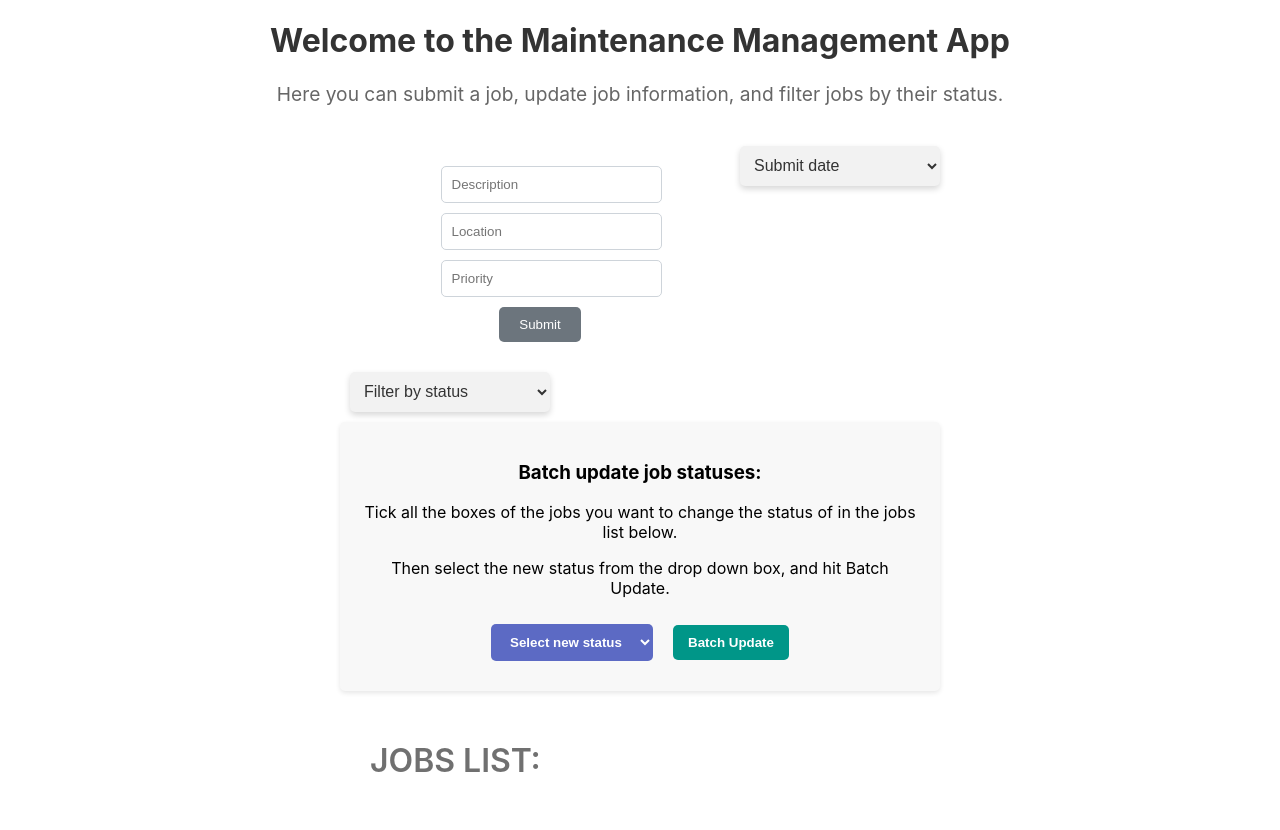
Repository: mikasteyn999/Maintenance-Manager-App
Page: / (app in frontend/)
An editor plug-in stored every save of this project. The page is shown before and after the next save, followed by the edit.
The browser window is 1280 px wide. The pictures show the whole page.
The page's requests for data from a server got no answer. The project was rebuilt for these pictures with package versions that can differ from the ones it lists, and the page was loaded fresh each time. No one was signed in, and anything a server would have sent is missing. Also part of the build but not shown: frontend/src/style/Job.css, frontend/src/components/Job.js, frontend/src/style/JobUpdateForm.css, frontend/src/components/JobUpdateForm.js.

Above is the page before, as saved 2023-06-05 17:42:19.

### frontend/src/App.js
// Import necessary libraries and components
import React from 'react';
import Router from './Router';
import './style/App.css'

// Define the App component
// This component uses the Router component to handle routing
const App = () => {
  return (
    <div className="app">
      <h1 className="app-title">Welcome to the Maintenance Management App</h1> {/* Welcome title */}
      <p className="app-instructions">Here you can submit a job, update job information, and filter jobs by their status.</p> {/* Instructions */}
      <Router /> {/* Use Router component for handling routes */}
    </div>
  );
}

// Export the App component
export default App;

### frontend/src/Router.js
// Import necessary libraries and components
import React from 'react';
import { BrowserRouter as Router, Route, Routes } from 'react-router-dom';
import Home from './components/Home';
import JobForm from './components/JobForm';
import JobsList from './components/JobsList';
import JobUpdateForm from './components/JobUpdateForm'

// Define the Router component
// This component defines the routes for the React app
// The Home component (which contains both the JobForm and JobsList components) is displayed when the path is exactly "/"
// The JobForm component is displayed when the path is "/submit"
// The JobsList component is displayed when the path is "/jobs"
const AppRouter = () => {
    return (
        <Router>
            <Routes>
                <Route path="/" element={<Home />} /> {/* Home route */}
                <Route path="/submit" element={<JobForm />} /> {/* Job submission route */}
                <Route path="/jobs" element={<JobsList />} /> {/* Jobs listing route */}
                <Route path="/edit/:id" element={<JobUpdateForm />} />
            </Routes>
        </Router>
    );
};

// Export the Router component
export default AppRouter;

### frontend/src/style/App.css
/* App.css */

.app {
  text-align: center;
}

.app-title {
  font-size: 2em;
  color: #333;
  text-align: center;
}

.app-instructions {
  font-size: 1.2em;
  color: #666;
  margin-bottom: 20px;
  text-align: center;
}

/* style the form container */
.app .job-form {
  max-width: 600px;  /* limit the width */
  margin: 0 auto;   /* center the form */
  padding: 20px;    /* add some padding */
}

/* style the jobs list container */
.app .jobs-list {
  max-width: 600px;  /* limit the width */
  margin: 0 auto;   /* center the jobs list */
  padding: 20px;    /* add some padding */
}

.app .jobs-list .batch-update {
  max-width: 800px;
}

### frontend/src/components/Home.js
// Import necessary components
import React from 'react';
import JobsList from './JobsList';

// Define the Home component
// This component contains the job submission form and job listings
const Home = () => {
  return (
    <div className="home">
      <JobsList /> {/* Job listings */}
    </div>
  );
}

// Export the Home component
export default Home;

### frontend/src/components/JobForm.js
// Import React
import React, { useState } from 'react';
import '../style/JobForm.css'; // Import the CSS

// Define the JobForm component. This component will contain a form that allows users to submit a new job.
// The component has a local state, job, which is updated every time the user types in one of the form inputs.
// The handleChange function updates the job state.
// The handleSubmit function makes a POST request to the /jobs route to submit the new job.
const JobForm = (props) => {
  const [job, setJob] = useState({ description: '', location: '', priority: '' });

  // Adding new state variable for error message.
  const [error, setError] = useState('');

  const handleChange = (e) => {
    setJob({ ...job, [e.target.name]: e.target.value });
  };

  const handleSubmit = async (e) => {
    e.preventDefault();

    // Adding form validation. Check that all fields are filled and priority is a number.
    if (!job.description || !job.location || !job.priority) {
      setError('Please fill in all fields'); // Set error message
      return; // Stop the function
    }
    if (isNaN(job.priority)) {
      setError('Priority must be a number'); // Set error message
      return; // Stop the function
    }

    try {
      const response = await fetch('http://localhost:5000/api/jobs', {
        method: 'POST',
        headers: {
          'Content-Type': 'application/json',
        },
        body: JSON.stringify(job),
      });
      if (!response.ok) {
        throw new Error(`HTTP error! status: ${response.status}`);
      }
      const newJob = await response.json();
      console.log("New Job:", newJob);  // log new job
      props.addNewJob(newJob); // add the new job to the jobs list
      setError(''); // Clear the error message if the job was successfully added
    } catch (err) {
      setError('An error occurred when submitting the job'); // Set error message
    }
  };

  // In the return statement, a new paragraph is added to display any error messages
  return (
    <form className="job-form" onSubmit={handleSubmit}>
      {error && <p className="error">{error}</p>} {/* Display error message if there is one */}
      <input type="text" name="description" value={job.description} onChange={handleChange} placeholder="Description" />
      <input type="text" name="location" value={job.location} onChange={handleChange} placeholder="Location" />
      <input type="text" name="priority" value={job.priority} onChange={handleChange} placeholder="Priority" />
      <button type="submit">Submit</button>
    </form>
  );
};

export default JobForm;

### frontend/src/components/JobsList.js
// Import necessary modules
import React, { useEffect, useState } from 'react';
import Job from './Job';
import JobForm from './JobForm';
import '../style/JobsList.css';

// Define the JobsList component
const JobsList = () => {
  // Initialize state variables
  const [jobs, setJobs] = useState([]);
  const [sortOrder, setSortOrder] = useState("date"); // Default sort order is by date
  const [selectedJobs, setSelectedJobs] = useState([]);
  const [filterStatus, setFilterStatus] = useState("");
  const [jobAdded, setJobAdded] = useState(false);
  const [errorMessage, setErrorMessage] = useState(''); // Add state for error message
  const [batchUpdateMessage, setBatchUpdateMessage] = useState(''); // State for batch success message



   // Fetch jobs function
   const fetchJobs = async () => {
    let url = `http://localhost:5000/api/jobs?sort=${sortOrder}`;
    if (filterStatus) url += `&status=${filterStatus}`; // Add status query parameter if a status filter is selected
    const response = await fetch(url);
    const data = await response.json();
    setJobs(data.filter(job => job.status !== 'Archived')); // Filter out archived jobs
  };

  // Fetch jobs when the component is first rendered and when sortOrder or filterStatus changes
  useEffect(() => {
    fetchJobs();
  }, [sortOrder, filterStatus]);

  // Hide job added message after 2 seconds when a job is added
  useEffect(() => {
    if (jobAdded) {
      setTimeout(() => {
        setJobAdded(false);
      }, 2000); // 2000ms = 2s
    }
  }, [jobAdded]);

  // Update sort order
  const handleSortChange = (event) => {
    setSortOrder(event.target.value);
  };

    // Batch update function
    const handleBatchUpdate = async () => {
      const status = document.getElementById('batchStatusUpdate').value;
      if (!status) {
        console.error('No status selected for batch update');
        setErrorMessage('Please select a status for batch update');
        return;
      }
      if (selectedJobs.length === 0) {
        console.error('No jobs selected for batch update');
        setErrorMessage('Please select at least one job for batch update');
        return;
      }
      try {
        const response = await fetch('http://localhost:5000/api/jobs/batch', {
            method: 'PUT',
            headers: {
                'Content-Type': 'application/json',
            },
            body: JSON.stringify({ jobIds: selectedJobs, status }),
        });

        if (response.ok) {
          console.log('Batch update successful');
          setBatchUpdateMessage('Batch update successful!');
          setTimeout(() => setBatchUpdateMessage(''), 3000); // Clear message after 3 seconds
          setSelectedJobs([]); // Clear selected jobs after successful update
          setErrorMessage(''); // Clear the error message after successful update
          // fetch the jobs again
          fetchJobs();
        } else {
          console.error('Failed to batch update jobs');
          setErrorMessage('Failed to batch update jobs');
          setTimeout(() => setBatchUpdateMessage(''), 3000); // Clear message after 3 seconds
        }
      } catch (error) {
        console.error(`An error occurred: ${error}`);
      }
    };

    // Function to handle archive
    const handleArchive = async (jobId) => {
      try {
        const response = await fetch(`http://localhost:5000/api/jobs/archive/${jobId}`, {
          method: 'PUT',
        });

        if (!response.ok) {
          console.error('Failed to archive job');
        } else {
          setJobs(jobs.filter(job => job._id !== jobId)); // Remove the archived job from the local state
        }
      } catch (error) {
        console.error(`An error occurred: ${error}`);
      }
    };

    // Pass handleArchive as a prop to the Job component
    {jobs.map((job) => (
      <Job key={job._id} job={job} handleArchive={handleArchive} selectedJobs={selectedJobs} setSelectedJobs={setSelectedJobs} />
    ))}

    const addNewJob = (newJob) => {
      console.log("addNewJob called with:", newJob);  // log input to addNewJob
      setJobs([newJob, ...jobs]);
      setJobAdded(true); // Display job added message
    };


    return (
      <div className='jobs-list'>

        {/* Display job added message */}
        {jobAdded && <p className='success-message'>Job added successfully!</p>}

        {/* Add JobForm here */}
        <JobForm addNewJob={addNewJob} />

        {/* Add sort order dropdown */}
        <select className='select-sort' value={sortOrder} onChange={handleSortChange}>
          <option value="">Sort by</option>
          <option value="date">Submit date</option>
          <option value="status">Status</option>
        </select>

        {/* Add status filter dropdown */}
        <select className='select-filter' value={filterStatus} onChange={(e) => setFilterStatus(e.target.value)}>
          <option value="">Filter by status</option>
          <option value="Submitted">Submitted</option>
          <option value="In Progress">In Progress</option>
          <option value="Completed">Completed</option>
        </select>

        {/* Batch update */}
        <div className='batch-update'>
          <h3>Batch update job statuses:</h3>
          <p>Tick all the boxes of the jobs you want to change the status of in the jobs list below.</p>
          <p>Then select the new status from the drop down box, and hit Batch Update.</p>
          <select id="batchStatusUpdate" name="batchStatusUpdate">
            <option value="">Select new status</option>
            <option value="Submitted">Submitted</option>
            <option value="In Progress">In Progress</option>
            <option value="Completed">Completed</option>
          </select>
          <button onClick={handleBatchUpdate}>Batch Update</button>
        </div>

        {/* Display success message */}
        {batchUpdateMessage && <p className="success-message">{batchUpdateMessage}</p>}

        {/* Display error message if there is one */}
        {errorMessage && <p className="error-message">{errorMessage}</p>}

        <div className='jobs-header'>JOBS LIST:</div>

        {/* List the jobs */}
        {jobs.map((job) => (
          <Job key={job._id} job={job} handleArchive={handleArchive} selectedJobs={selectedJobs} setSelectedJobs={setSelectedJobs} />
        ))}
      </div>
    );
};

export default JobsList;

### frontend/src/style/JobForm.css
.job-form {
    margin-bottom: 20px;
}

.job-form input {
    display: block;
    width: 100%;
    padding: 10px;
    margin-bottom: 10px;
    border: 1px solid #ced4da;
    border-radius: 5px;
}

.job-form button {
    padding: 10px 20px;
    border: none;
    border-radius: 5px;
    background-color: #6c757d;
    color: #fff;
    cursor: pointer;
}

### frontend/src/style/JobsList.css
.jobs-list {
    display: flex;
    flex-wrap: wrap;
    justify-content: space-between;
}

.jobs-header {
    font-size: xx-large;
    padding: 5%;
    font-weight: 600;
    color: rgb(112, 112, 112);
}

/* Style the select element */
.select-sort {
    width: 200px;
    height: 40px;
    border: none;
    border-radius: 5px;
    padding: 5px 10px;
    margin-bottom: 20px;
    box-shadow: 0 3px 6px 0 rgba(0,0,0,0.16);
    font-size: 16px;
    color: #333;
    background-color: #f2f2f2;
    transition: background-color 0.3s ease;
}

/* Style the options inside the select element */
.select-sort option {
    color: #333;
    background-color: #f2f2f2;
}

/* Change the background color of the select when it's focused */
.select-sort:focus {
    background-color: #e6e6e6;
}

.batch-update {
    max-width: 800px;
    align-items: center;
    justify-content: space-between;
    padding: 20px;
    margin-bottom: 20px;
    background-color: #f8f8f8;
    border-radius: 5px;
    box-shadow: 0 2px 5px rgba(0,0,0,0.1);
}

.batch-update select,
.batch-update button {
    padding: 10px 15px;
    border: none;
    border-radius: 5px;
    background-color: #5c6ac4;
    color: white;
    font-weight: bold;
    cursor: pointer;
    margin: 10px;
}


.batch-update button {
    background-color: #009688;
}

.batch-update button:hover {
    background-color: #00796b;
}

/* Style the select element */
.select-filter {
    width: 200px;
    height: 40px;
    border: none;
    border-radius: 5px;
    padding: 5px 10px;
    margin-bottom: 20px;
    box-shadow: 0 3px 6px 0 rgba(0,0,0,0.16);
    font-size: 16px;
    color: #333;
    background-color: #f2f2f2;
    transition: background-color 0.3s ease;
    margin: 10px;
}

/* Style the options inside the select element */
.select-filter option {
    color: #333;
    background-color: #f2f2f2;
}

.error-message {
    color: red;
    font-weight: bold;
}

.success-message {
    color:rgb(6, 204, 6);
    font-weight: bold;
}

Loaded but not shown: frontend/public/index.html (common file); frontend/src/index.js (common file); frontend/src/index.css (common file); frontend/src/reportWebVitals.js (common file)

After the next save:
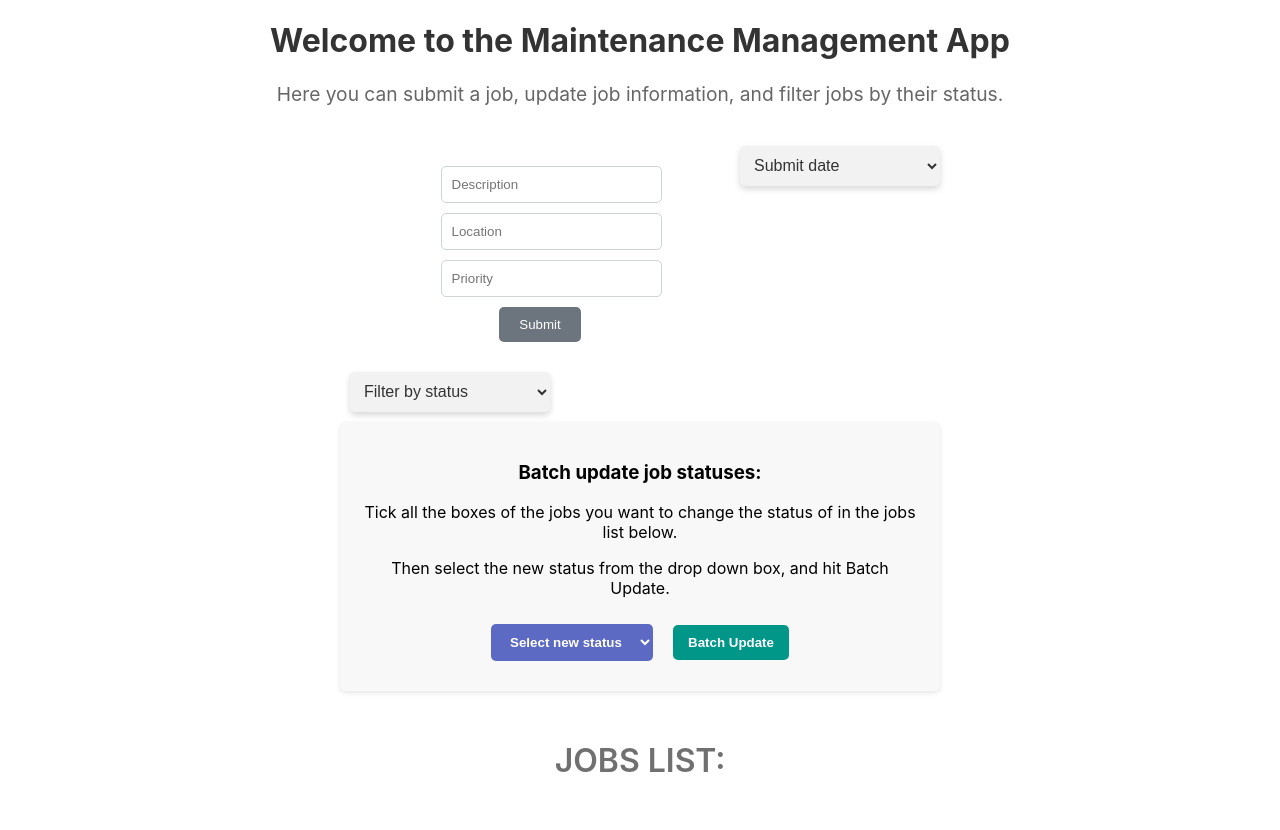
Saved 88 s later.
--- a/frontend/src/style/JobsList.css
+++ b/frontend/src/style/JobsList.css
@@ -9,6 +9,7 @@
     padding: 5%;
     font-weight: 600;
     color: rgb(112, 112, 112);
+    width: 600px;
 }
 
 /* Style the select element */
